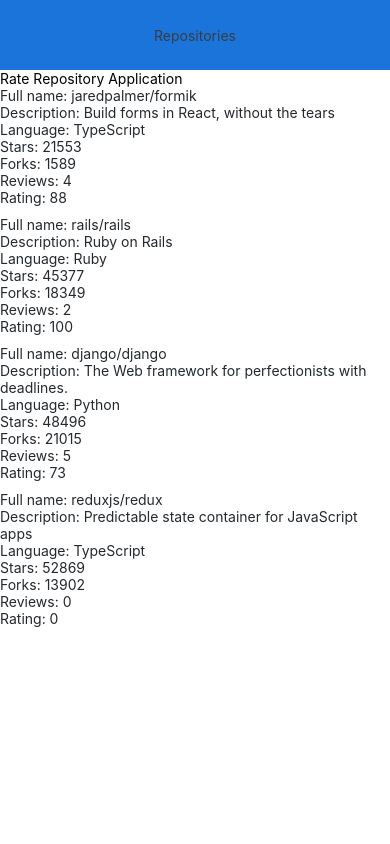
Repository: OrmeSile/react-native-FSO
Screen: / (app in rate-repository-app/)
These files come from the project's save history. The screen is drawn as it stood at one moment and after the next save; the edit follows.
The app was drawn by React Native's web renderer in a window 390 px wide. The project was rebuilt for these pictures with package versions that can differ from the ones it lists, and the page was loaded fresh each time. Some packages were replaced by stand-ins written for this rebuild.

Above is the screen before, as saved 2022-05-15 16:39:11.

After the next save:
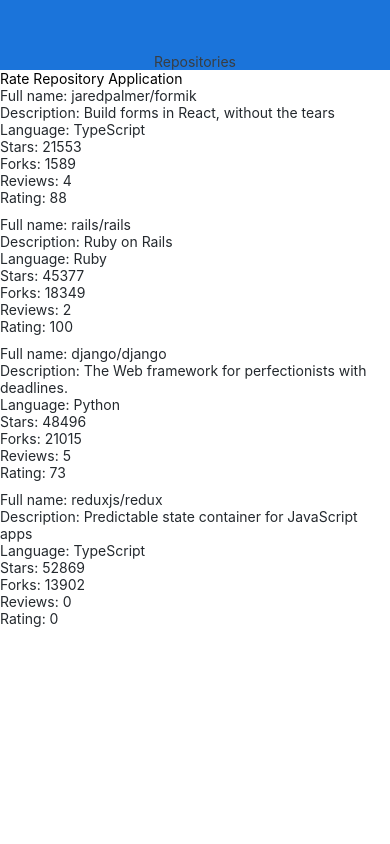
Saved 8 s later.
--- a/rate-repository-app/src/components/AppBar.jsx
+++ b/rate-repository-app/src/components/AppBar.jsx
@@ -16,7 +16,7 @@
     display: 'flex',
     flexGrow: 1,
     alignItems: 'center',
-    justifyContent: 'center',
+    justifyContent: 'flex-end',
     backgroundColor: theme.colors.primary
   }
 });
